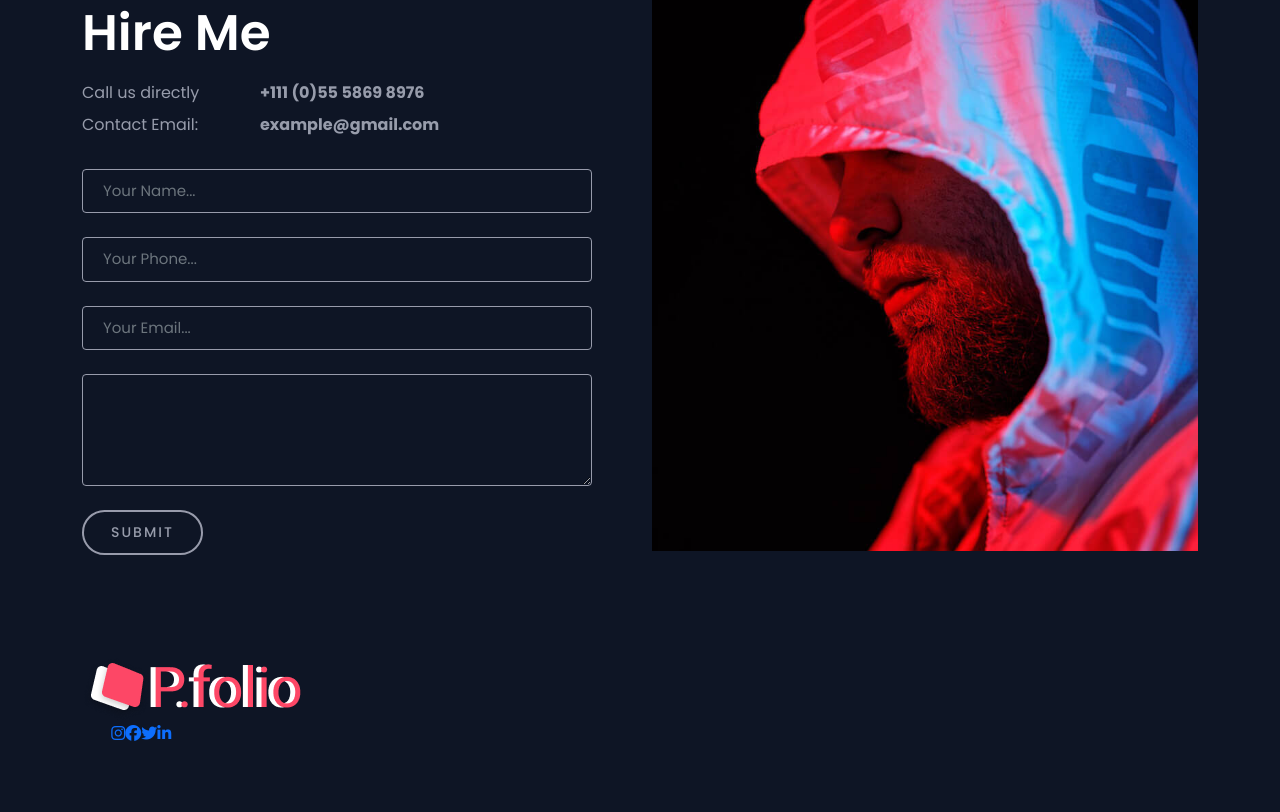
Repository: wadelfadill/Bootstrap_tache_3_responsive_portfolio
Page: index.html
The author's editor kept a copy of each file at every save. The page is drawn from the files as they stood at one save, then again after the next save.
The browser window is 1280 px wide. The pictures show the part of the page from y = 3529 to 4481 px (the page is 4341 px tall before and 4481 px after).
Backgrounds fixed to the window are drawn as part of the page. Some web libraries are served in a nearby version.

Above is the page before, as saved 2023-04-12 15:57:03.

After the next save:
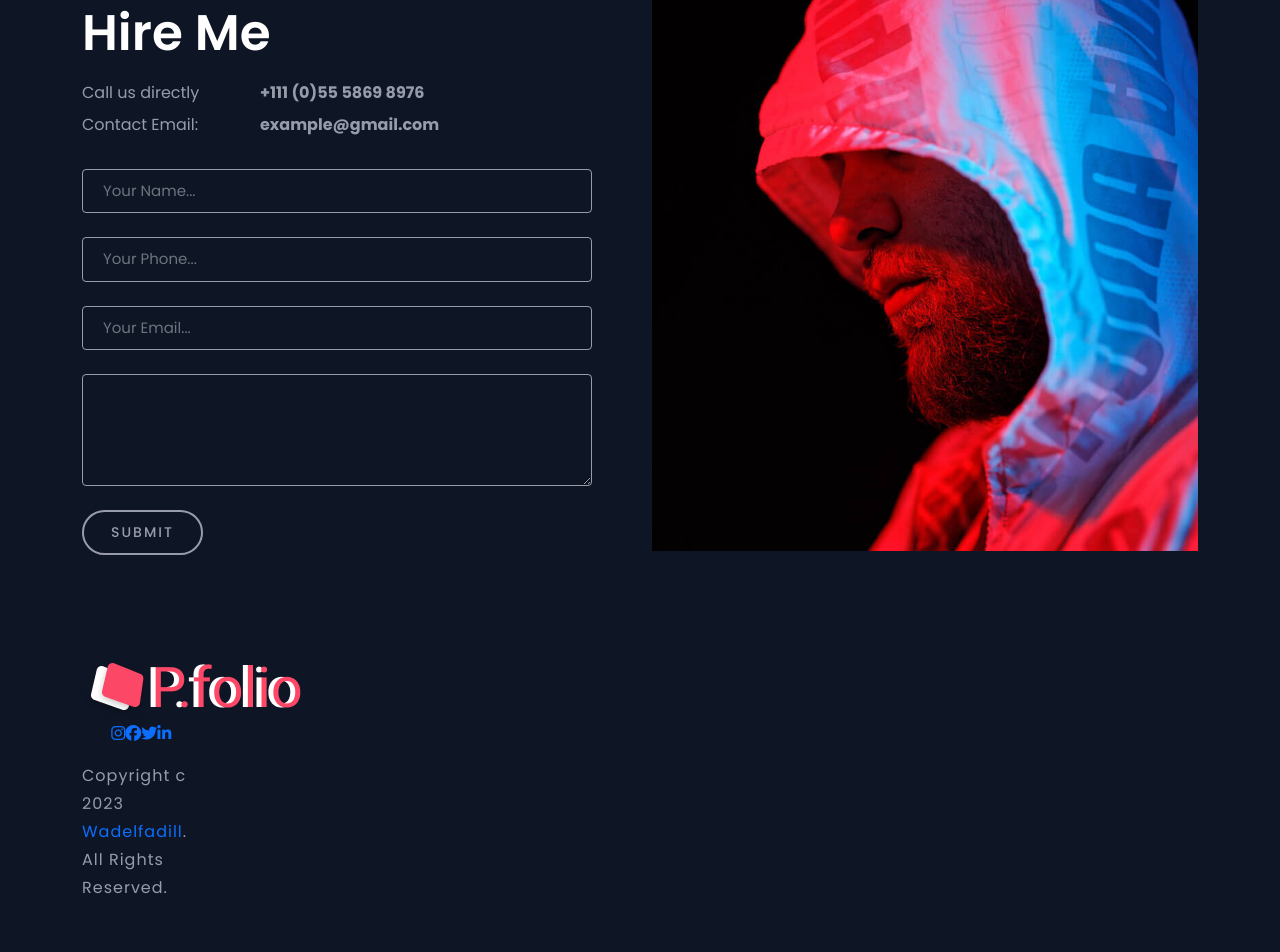
Saved 8 min 10 s later.
--- a/index.html
+++ b/index.html
@@ -394,6 +394,13 @@
                     <li><a href=""><i class="fab fa-linkedin-in"></i></a></li>
                   </ul>
                 </div>
+                <div class="col-lg-4 col-md-12">
+                  <div class="copyright-text text-lg-start text-center mb-3 mb-lg-0">
+                    <p class="mb-0">
+                      Copyright c 2023 <a href="#">Wadelfadill</a>. All Rights Reserved.
+                    </p>
+                  </div>
+                </div>
               </div>
             </div>
           </div>
